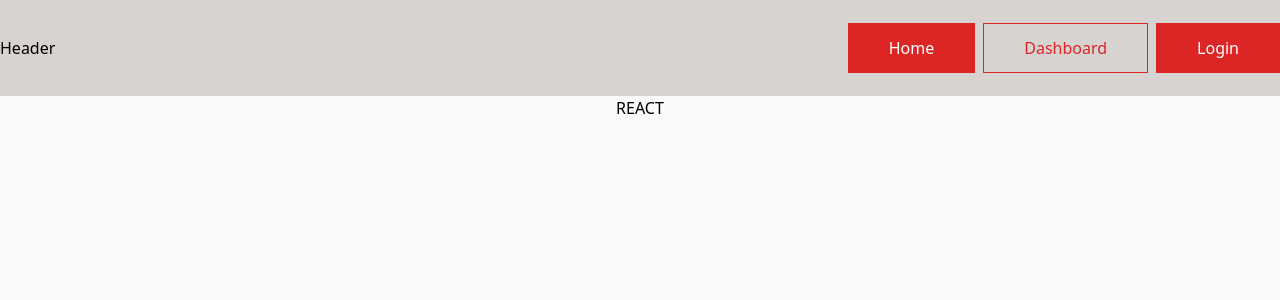
Repository: XavierOtavio/Cuzinhas
Page: /
An editor plug-in stored every save of this project. The page is shown before and after a run of saves, followed by the edit.
The browser window is 1280 px wide. The pictures show the whole page.
The project was rebuilt for these pictures with package versions that can differ from the ones it lists, and the page was loaded fresh each time. Also part of the build but not shown: src/components/Dashboard.js.

Above is the page before, as saved 2023-03-08 12:27:39.

### src/App.js
import { BrowserRouter, Route, Routes } from "react-router-dom";
import logo from "./logo.svg";
import "./App.css";
import Header from "./components/Header";
import Dashboard from "./components/Dashboard";

function App() {
  return (
    <div className="App">
      <Routes>
        <Route
          path="/"
          element={
            <div className="bg-stone-50 h-screen">
              <Header />
              REACT
            </div>
          }
        />
        <Route path="/dashboard" element={<Dashboard />} />
      </Routes>
    </div>
  );
}

export default App;

### src/components/Header.js
import React from "react";
import { Link } from "react-router-dom";

function Header() {
  return (
    <div className="bg-stone-300 h-24 justify-center items-center flex">
      <h1>Header</h1>
      <div className="w-full flex align-baseline justify-end">
        <Link to="/">
          <button class="block border border-red-600 bg-red-600 px-10 py-3 text-white ml-2 font-medium">
            Home
          </button>
        </Link>
        <Link to="/dashboard">
          <button class="block border border-red-600 bg-stone-300 px-10 py-3 text-red-600 ml-2 font-medium">
            Dashboard
          </button>
        </Link>
        <Link to="/login">
          <button class="block border border-red-600 bg-red-600 px-10 py-3 text-white ml-2 font-medium">
            Login
          </button>
        </Link>
      </div>
    </div>
  );
}

export default Header;

Loaded but not shown: public/index.html (common file); src/index.js (common file); src/index.css (common file); src/reportWebVitals.js (common file); src/App.css (common file); tailwind.config.js (common file)

After the next 2 saves:
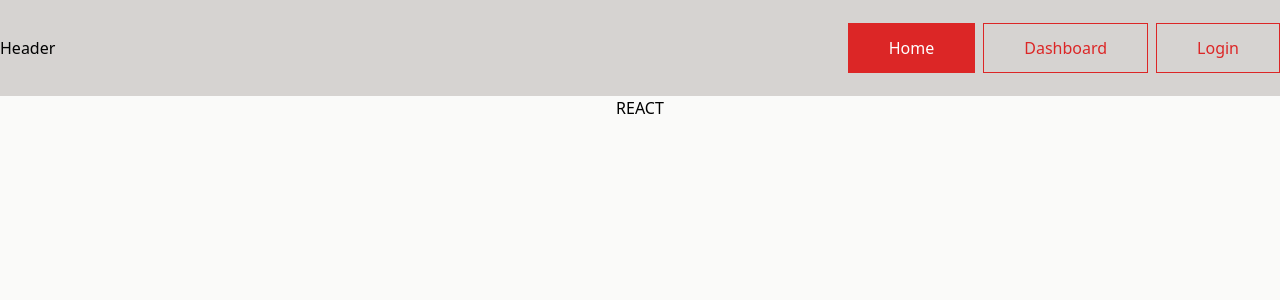
The 2 saves are shown as one change because they came seconds apart.
The last was saved 6 s later.
--- a/src/components/Header.js
+++ b/src/components/Header.js
@@ -17,7 +17,7 @@ function Header() {
           </button>
         </Link>
         <Link to="/login">
-          <button class="block border border-red-600 bg-red-600 px-10 py-3 text-white ml-2 font-medium">
+          <button class="block border border-red-600 bg-stone-300 px-10 py-3 text-red-600 ml-2 font-medium">
             Login
           </button>
         </Link>
